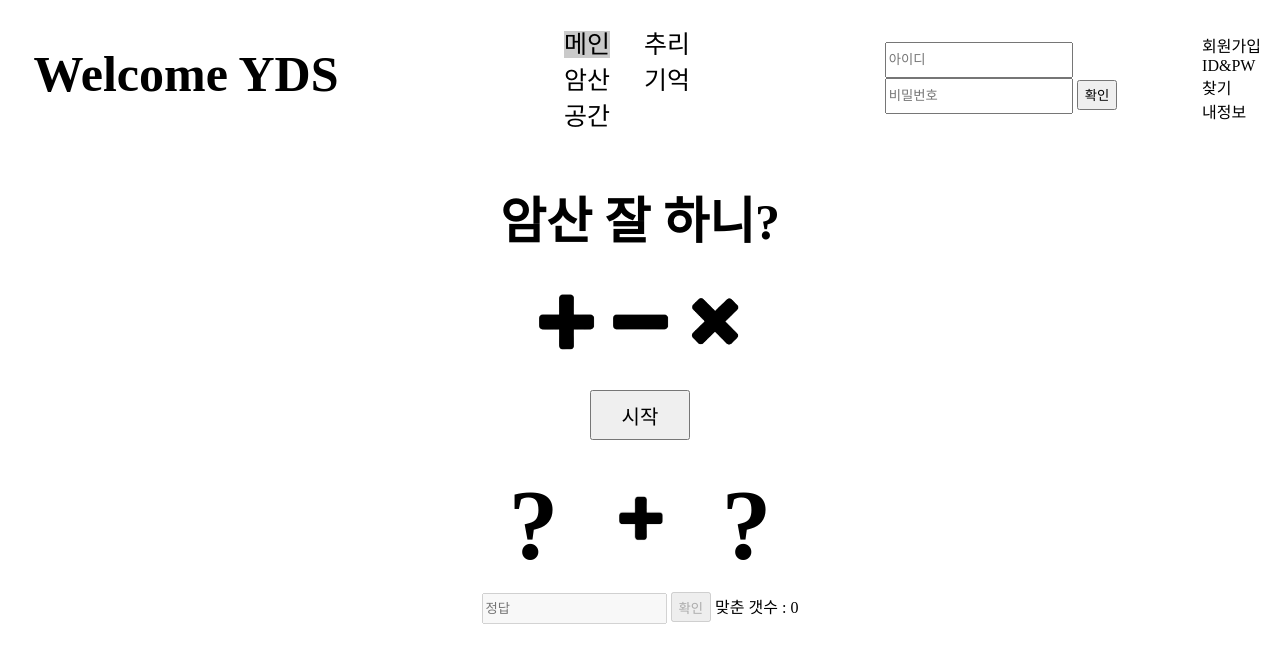
Repository: ejrtn/springbootMaven
Page: deoksu/src/main/resources/static/math.html
An editor plug-in stored every save of this project. The page is shown before and after the next save, followed by the edit.
The browser window is 1280 px wide. The pictures show the whole page.

Above is the page before, as saved 2021-04-10 16:53:52.

### deoksu/src/main/resources/static/math.html
<!DOCTYPE html>
<html>
<head>
<meta charset="UTF-8">
<title>Insert title here</title>
<style type="text/css">
	.Arithmetic {width: 55px; height: 55px; margin:50px 50px 13px 50px;}
	.number {font-size: 100px;}
	.Arithmetic_button {width: 70px; height: 70px; cursor: pointer;}
	.timer {width: 100px; height: 50px; margin-top: 30px; font-size: 20px;}
	.result_text {height: 25px; margin-top: 10px; margin-bottom: 10px;}
	.result_button {height: 30px; margin-top: 10px; margin-bottom: 10px;}

	#modal1 {
          display: none;
          position:absolute;
          width:100%;
          height:100%;
          z-index:9999;
          top: 100px;
        }

        #modal1 button {
          display:inline-block;
          width:100px;
          margin-left:calc(100% - 100px - 10px);
        }

        #modal1 .modal_content {
          width:370px;
          margin:100px auto;
          padding:20px 10px;
          background:#fff;
          border:2px solid #666;
        }

        #modal1 .modal_layer {
          position:fixed;
          top:0;
          left:0;
          width:100%;
          height:100%;
          background:rgba(0, 0, 0, 0.5);
          z-index:-1;
    	}
</style>
<script  src="http://code.jquery.com/jquery-latest.min.js"></script>
<script type="text/javascript">
	var Arithmetic_type ='plus'
	var ok_cnt=0;
	var cnt=1
	var sec=10
	function number_in() {
		$.ajax({
			url: "number",
			type: 'POST',
			data : {'cnt':cnt},
			success: function(data){
				number = data.split(",")
				$("#number1").text(number[0])
				$("#number2").text(number[1])
			},
			error: function(error){

			}
		});
	}
	function Arithmetic(x) {
		Arithmetic_type=x
		if(x=='plus'){
			$("#Arithmetic").attr("src","images/"+x+".png")
		}else if(x=='minus'){
			$("#Arithmetic").attr("src","images/"+x+".png")
		}else{
			$("#Arithmetic").attr("src","images/"+x+".png")
		}
	}
	function result() {
		num1=Number($("#number1").text())
		num2=Number($("#number2").text())
		var result=0
		if(Arithmetic_type=='plus'){
			result=num1+num2
		}else if(Arithmetic_type=='minus'){
			result=num1-num2
		}else{
			result=num1*num2
		}
		if(result==$("#result").val()){
			$("#all_cnt").text(""+(Number($("#all_cnt").text())+1))
			sec=10;
			ok_cnt++;
			if(ok_cnt==9){
				cnt++;
				ok_cnt=0
			}
			number_in();
		}
		$("#result").val("")
	}
	function timer() {
		number_in();
		$("#time").css("color","red")
		$("#time").val(sec+"초")
		$("#result_btn").removeAttr("disabled")
		$("#result").removeAttr("disabled")
		var x = setInterval(function() {
			sec--;
			$("#time").val(sec+"초")
			if(sec<0){
				clearInterval(x)
				$("#time").css("color","black")
				$("#time").val("종료")
				$("#result_btn").attr("disabled","disabled")
				$("#result").attr("disabled","disabled")
				var zz=5
				var xx = setInterval(function() {
					zz--;
					if(zz<0){
						clearInterval(xx)
						sec=10;
						$("#time").val("시작")
					}
				},1000);
			}
		},1000);

	}
	function enterkey() {
        if (window.event.keyCode == 13) {
        	result();
        }
	}

	function join(a){
		if(a==1)
			$("#join").css("background-color","#9e9e9e8c");
		else
			$("#join").css("background-color","");
	}
	function idpw(a){
		if(a==1)
			$("#idpw").css("background-color","#9e9e9e8c");
		else
			$("#idpw").css("background-color","");
	}
	function info(a){
		if(a==1)
			$("#info").css("background-color","#9e9e9e8c");
		else
			$("#info").css("background-color","");
	}
</script>
</head>
<body>
	<div align="center">
		<table>
			<tr>
				<td style="width: 350px;">
					<h1 align="center" style="font-size: 50px; width: 350px; height:66px; cursor: pointer;" onclick="location.href='/'">Welcome YDS</h1>
				</td>
				<td style="padding-left: 200px; padding-right: 100px; width: 450px;">
					<label style="font-size: 25px; cursor: pointer; background-color: #9e9e9e8c; margin-right: 30px;" onclick="location.href='/'">메인</label>
					<label style="font-size: 25px; cursor: pointer; margin-right: 30px;" onclick="location.href='sudoku'">추리</label>
					<label style="font-size: 25px; cursor: pointer; margin-right: 30px;" onclick="location.href='math'">암산</label>
					<label style="font-size: 25px; cursor: pointer; margin-right: 30px;" onclick="location.href='memorization'">기억</label>
					<label style="font-size: 25px; cursor: pointer; margin-right: 30px;" onclick="location.href='space'">공간</label>
				</td>
				<td style="padding-left: 50px; width: 450px;">
					<input type="text" placeholder="아이디" style="height: 30px; width: 180px;">
					<input type="password" placeholder="비밀번호" style="height: 30px; width: 180px;">
					<input type="button" value="확인" style="height: 30px;">
<!-- 					<label>000님 로그인</label><input type="button" value="로그아웃" style="margin-left: 20px;"> -->
				</td>
				<td style="padding-left: 50px; width: 100px;">
					<label onmouseover="join(1)" onmouseout="join(2)" id="join" style="cursor: pointer;" onclick="">회원가입</label><br>
					<label onmouseover="idpw(1)" onmouseout="idpw(2)" id="idpw" style="cursor: pointer;" onclick="">ID&PW찾기</label><br>
					<label onmouseover="info(1)" onmouseout="info(2)" id="info" style="cursor: pointer;" onclick="">내정보</label><br>
				</td>
			</tr>
		</table>
	</div>
	<div align="center" style="margin-top: 20px;">
		<h1 align="center"  style="font-size: 50px;">암산 잘 하니?</h1>
		<div align="center">
			<img class="Arithmetic_button" src="images/main_img/plus.png" onclick="Arithmetic('plus')" alt="">
			<img class="Arithmetic_button" src="images/main_img/minus.png" onclick="Arithmetic('minus')">
			<img class="Arithmetic_button" src="images/main_img/multiplication.png" onclick="Arithmetic('multiplication')">
		</div>
		<div align="center" >
			<input type="button" class="timer" value="시작" id="time" onclick="timer()">
		</div>
		<div align="center">
			<b class="number" id='number1'>?</b>
			<img src="images/plus.png" class="Arithmetic" id="Arithmetic">
			<b class="number" id='number2'>?</b>
		</div>
		<div align="center">
			<input type='text' class='result_text' placeholder="정답" id='result' disabled="disabled" onkeyup="enterkey()">
			<input type="button" value='확인' onclick='result()'  class='result_button' disabled="disabled" id="result_btn">
			<label>맞춘 갯수 : </label><label id='all_cnt'>0</label>
		</div>
	</div>


	<div id="modal1">
	    <div align="center" style="margin-top: 20px;">
			<input type="text" placeholder="이름" style="width: 250px; height: 40px; margin-right: 88px; margin-bottom: 10px;"><br>
			<input type="text" placeholder="아이디" style="width: 250px; height: 40px; margin-right: 13px; margin-bottom: 10px;">
			<input type="button" value="중복확인" style="height: 40px;"><br>
			<input type="password" placeholder="패스워드" style="width: 250px; height: 40px; margin-right: 88px; margin-bottom: 10px;"><br>
			<input type="email" placeholder="이메일" style="width: 250px; height: 40px; margin-bottom: 10px;">
			<input type="button" value="인증보내기" style="height: 40px;"><br>
			<input type="text" placeholder="인증번호" style="width: 250px; height: 40px; margin-right: 13px; margin-bottom: 10px;">
			<input type="button" value="인증확인" style="height: 40px;"><br>
			<button type="button" id="modal_close_btn1">창 닫기</button>
		</div>
    	<div class="modal_layer"></div>
	</div>
	<script>
	    document.getElementById("modal_close_btn1").onclick = function() {
	        document.getElementById("modal1").style.display="none";
	    }
	</script>
</body>
</html>

After the next save:
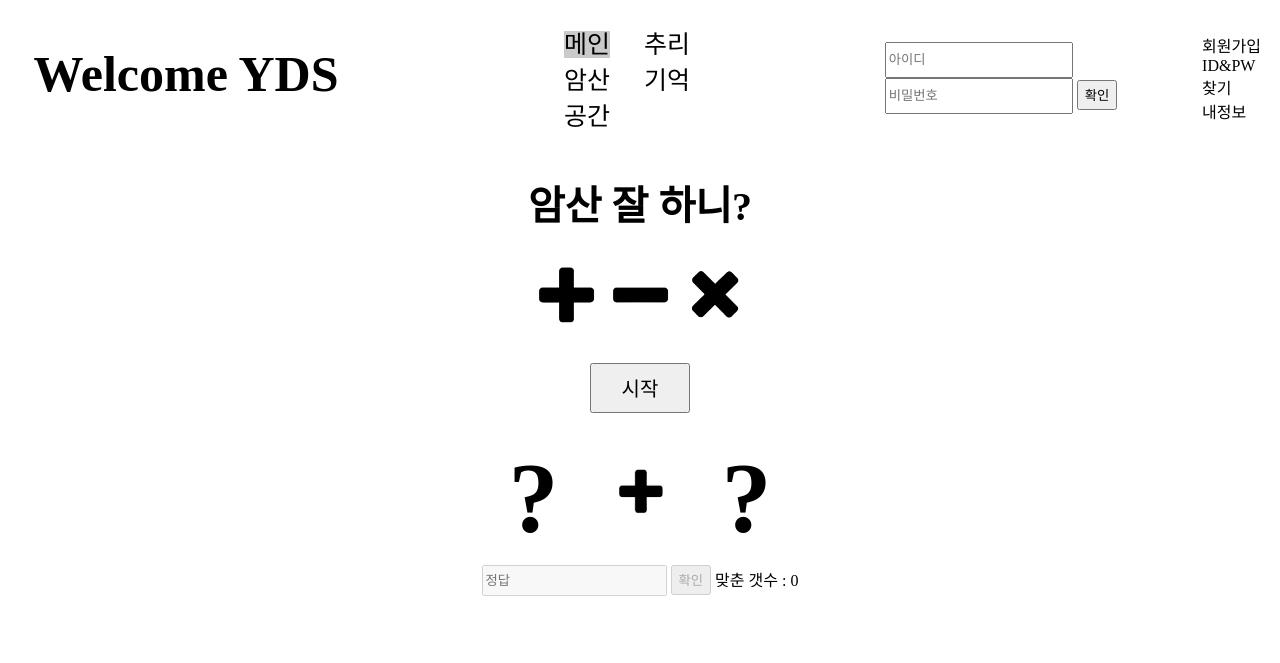
Saved 13 s later.
--- a/deoksu/src/main/resources/static/math.html
+++ b/deoksu/src/main/resources/static/math.html
@@ -181,7 +181,7 @@
 		</table>
 	</div>
 	<div align="center" style="margin-top: 20px;">
-		<h1 align="center"  style="font-size: 50px;">암산 잘 하니?</h1>
+		<h1 align="center"  style="font-size: 40px;">암산 잘 하니?</h1>
 		<div align="center">
 			<img class="Arithmetic_button" src="images/main_img/plus.png" onclick="Arithmetic('plus')" alt="">
 			<img class="Arithmetic_button" src="images/main_img/minus.png" onclick="Arithmetic('minus')">
